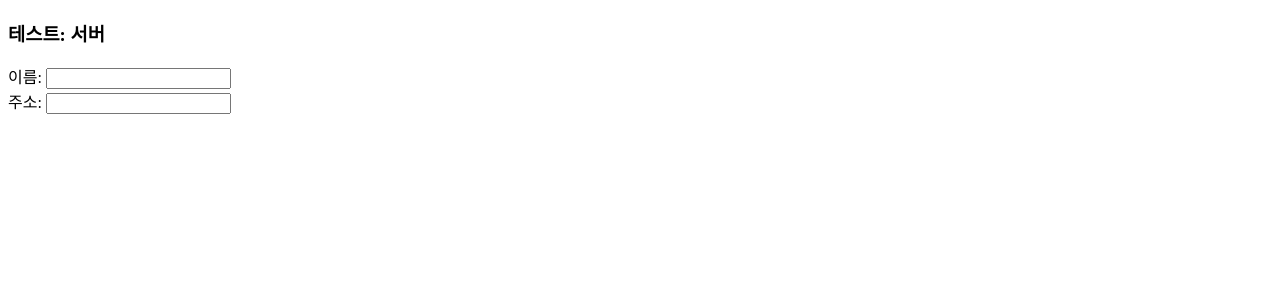
Repository: BosuMamemon/JSP_work
Page: http://localhost/JSP_Project/exam/test.jsp
The author's editor kept a copy of each file at every save. The page is drawn from the files as they stood at one save, then again after the next save.
The browser window is 1280 px wide. The pictures show the whole page.
The page is served by Tomcat 9.

Above is the page before, as saved 2025-02-27 01:20:11.

After the next save:
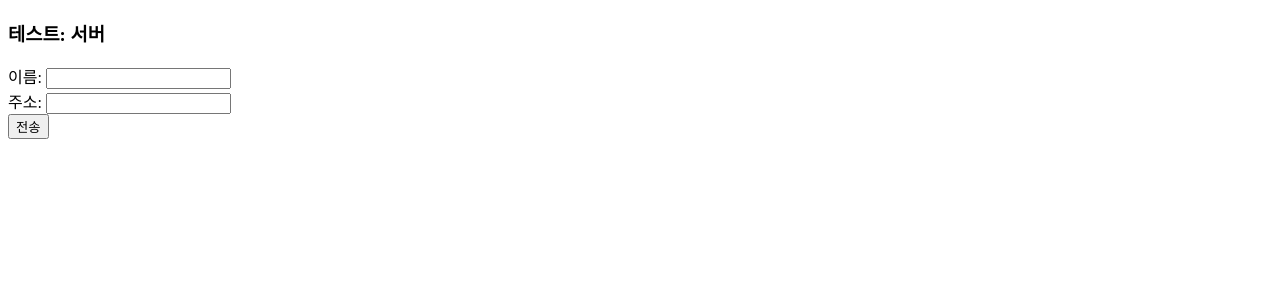
Saved 83 s later.
--- a/workspace/JSP_Project/src/main/webapp/exam/test.jsp
+++ b/workspace/JSP_Project/src/main/webapp/exam/test.jsp
@@ -10,10 +10,9 @@
 	<body>
 		<h3>테스트: 서버</h3>
 		<form>
-			<div>
-				이름: <input type="text"><br>
-				주소: <input type="text"><br>
-			</div>
+			이름: <input type="text"><br>
+			주소: <input type="text"><br>
+			<button type="submit">전송</button>
 		</form>
 	</body>
 </html>
